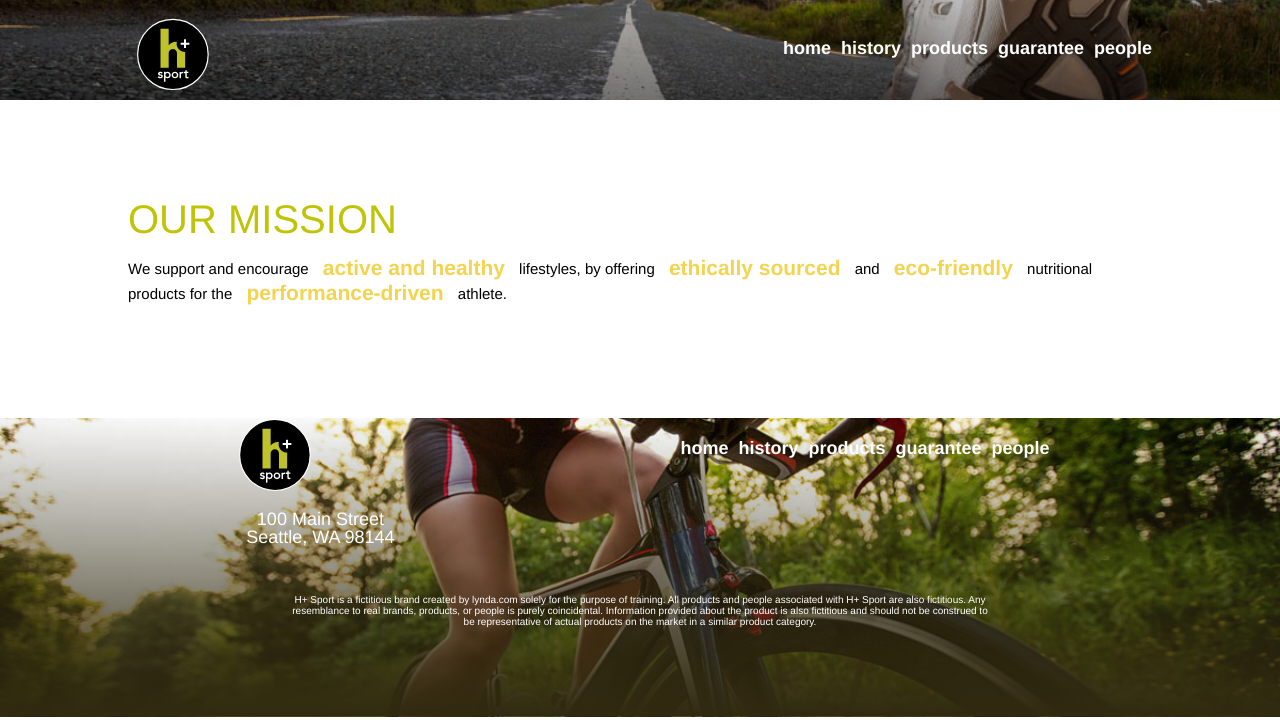
Repository: abrarzahin/H-Plus-Sports
Page: JSFapp/WebContent/add.html
The author's editor kept a copy of each file at every save. The page is drawn from the files as they stood at one save, then again after the next save.
The browser window is 1280 px wide. The pictures show the whole page.
Some web fonts or font styles are not loaded; a fallback is used.

Above is the page before, as saved 2019-01-07 00:21:36.

### JSFapp/WebContent/add.html
<!DOCTYPE html>

<html xmlns="http://www.w3.org/1999/xhtml"
	xmlns:ui="http://xmlns.jcp.org/jsf/facelets"
	xmlns:h="http://xmlns.jcp.org/jsf/html"
	xmlns:f="http://xmlns.jcp.org/jsf/core">

<head>
  <meta charset="UTF-8">
  <title>H+ Sport</title>
  <link rel="stylesheet" href="css/dashboard.css">
  <meta name="viewport" content="width=device-width, initial-scale=1.0">
</head>
<body>

<header id="dashboard" class="header">
  <nav class="nav" role="navigation">
    <div class="container nav-elements">
      <div class="branding">
        <a href="#home"><img src="images/hpluslogo.svg" alt="Logo - H Plus Sports"></a>
      </div><!-- branding -->
      <ul class="navbar">
        <li><a href="#home">home</a></li>
        <li><a href="#history">history</a></li>
        <li><a href="#products">products</a></li>
        <li><a href="#guarantee">guarantee</a></li>
        <li><a href="#people">people</a></li>
      </ul><!-- navbar -->
    </div><!-- container nav-elements -->
  </nav>
 </header>
 <section id="members" class= "section">
  <div class="container tagline">
    <h1 class="headline">Our Mission</h1>
    <p>We support and encourage <em>active and healthy</em> lifestyles, by offering <em>ethically sourced</em> and <em>eco-friendly</em> nutritional products for the <em>performance-driven</em> athlete.</p>
  </div><!-- container tagline -->
</section>

<footer class="footer">
  <header class="imageheader"></header>
  <div class="container">
  <nav class="nav" role="navigation">
    <div class="container nav-elements">
      <div class="branding">
        <a href="#home"><img src="images/hpluslogo.svg" alt="Logo - H Plus Sports"></a>
        <p class="address">100 Main Street<br>
        Seattle, WA 98144
      </p>
      </div>
      <ul class="navbar">
        <li><a href="#home">home</a></li>
        <li><a href="#history">history</a></li>
        <li><a href="#products">products</a></li>
        <li><a href="#guarantee">guarantee</a></li>
        <li><a href="#people">people</a></li>
      </ul>
    </div>
  </nav>
  <p class="legal">H+ Sport is a fictitious brand created by lynda.com solely for the purpose of training. All products and people associated with H+ Sport are also fictitious. Any resemblance to real brands, products, or people is purely coincidental. Information provided about the product is also fictitious and should not be construed to be representative of actual products on the market in a similar product category.</p>
</div><!-- container -->
</footer><!-- footer -->


</html>

### JSFapp/WebContent/css/dashboard.css
@import url(https://fonts.googleapis.com/css?family=Raleway:300,600,700)
	;

html {
	font-size: 62.5%;
	box-sizing: border-box
}

*, :after, :before {
	box-sizing: inherit
}

body {
	margin: 0;
	padding: 0;
	color: #000;
	background-color: #fff;
	font-family: Raleway, Helvetica, Arial, sans-serif;
	font-size: 1.8rem;
	line-height: 160%;
	font-weight: 300
}

.container {
	width: 80%;
	max-width: 1200px;
	margin: 0px auto
}

.button {
	border: 1px solid #ccc;
	margin: 5px;
}

.button:hover {
	background-color: #bfc406;
}
table {
	border-collapse: collapse;
}

th {
	background-color: #bfc406;
}
td,th {
	padding: 10px;
	border: 1px solid #ccc;
	margin: 0px;
}

tr:hover {
	background: #eee;
}

p.description {
	height: 100px;
	overflow: auto;
	margin: 0;
}
h1, h2, h3, h4, h5, h6 {
	margin: 0;
	padding: 0;
	font-family: Raleway, Helvetica, Arial, sans-serif;
	color: #bfc406
}

img {
	display: block;
	max-width: 50%;
/*	border: 1px solid #ccc; */
}

img.stars {
	width: 100px;
	display: inline;
}

a {
	font-weight: 700;
	color: #d14348;
	text-decoration: none;
}

a:focus, a:hover {
	text-decoration: none;
	color: blue;
}

table.link td {
	padding: 0;
}

tfoot {
	text-align:center;
}

table a {
	display: block;
	padding: 10px;
}

input:focus {
	background: #c6e2ff;

}

em {
	font-weight: 700;
	font-size: 140%;
	color: #f3d350;
	font-style: normal
}

form label{
	display: block;
	margin-top: 5px;
}


.header {
	background: -webkit-linear-gradient(top, rgba(0, 0, 0, .2),
		rgba(0, 0, 0, .5)), url(../images/backgrounds/running.jpg);
	background: linear-gradient(180deg, rgba(0, 0, 0, .2), rgba(0, 0, 0, .5)),
		url(../images/backgrounds/running.jpg);
	background-repeat: no-repeat;
	background-position: center center;
	background-size: cover;
	height: 100vh;
	max-height: 100px;
	display: -webkit-box;
	display: -webkit-flex;
	display: -ms-flexbox;
	display: flex;
	-webkit-box-orient: vertical;
	-webkit-box-direction: normal;
	-webkit-flex-direction: column;
	-ms-flex-direction: column;
	flex-direction: column;
	-webkit-box-pack: justify;
	-webkit-justify-content: space-between;
	-ms-flex-pack: justify;
	justify-content: space-between;
	text-align: center
}

.header .tagline {
	display: block;
}

@media screen and (min-width:600px) {
	.header {
		background: -webkit-linear-gradient(top, rgba(0, 0, 0, .2),
			rgba(0, 0, 0, .5)), url(../images/backgrounds/running.jpg);
		background: linear-gradient(180deg, rgba(0, 0, 0, .2), rgba(0, 0, 0, .5)),
			url(../images/backgrounds/running.jpg);
		background-repeat: no-repeat;
		background-position: center center;
		background-size: cover;
		height: 100vh;
		max-height: 100px
	}
}

@media screen and (min-width:600px) {
	.header .tagline {
		display: block;
		color: #fff;
		max-width: 40em;
		line-height: 140%;
		font-size: 2.5rem
	}
/*
	.header .tagline h1 {
		display: none
	}
	*/

	.header .tagline em {
		font-size: 140%;
		color: #f3d350;
		font-style: normal
	}
}

.nav {
	margin-top: 1.75rem /* navelements */
}

.nav .nav-elements { /* navbar */

}

.nav .nav-elements .branding {
	max-width: 180px;
	margin: 0 auto
}

.nav .nav-elements .navbar {
	margin: 0;
	padding: 0;
	line-height: 120%;
	list-style-type: none;
	margin-top: 2rem;
	width: 100%
}

.nav .nav-elements .navbar a {
	font-weight: 600;
	color: #fff;
	text-decoration: none;
	padding: 0 1rem;
	-webkit-transition: 1s ease-out;
	transition: 1s ease-out
}

.nav .nav-elements .navbar a:after {
	content: '';
	display: block;
	height: 5px;
	width: 0;
	margin: 0 .5rem;
	-webkit-transition: width .3s ease-out, background-color .3s ease-out;
	transition: width .3s ease-out, background-color .3s ease-out
}

.nav .nav-elements .navbar a:hover {
	color: #f3d350
}

.nav .nav-elements .navbar a:hover:after {
	width: 100%;
	background: #f3d350
}

@media screen and (min-width:600px) {
	.nav .nav-elements {
		display: -webkit-box;
		display: -webkit-flex;
		display: -ms-flexbox;
		display: flex
	}
}

@media screen and (min-width:600px) {
	.nav .nav-elements .branding {
		width: 30%;
		margin: 0
	}
}

@media screen and (min-width:600px) {
	.nav .nav-elements .navbar {
		display: -webkit-box;
		display: -webkit-flex;
		display: -ms-flexbox;
		display: flex;
		-webkit-box-pack: end;
		-webkit-justify-content: flex-end;
		-ms-flex-pack: end;
		justify-content: flex-end;
		-webkit-align-content: flex-start;
		-ms-flex-line-pack: start;
		align-content: flex-start;
		-webkit-flex-wrap: wrap;
		-ms-flex-wrap: wrap;
		flex-wrap: wrap
	}
}
/* nav */
.footer {
	background-color: #312a10;
	color: #fff;
	padding: 0 0 5em;
	line-height: 100%;
	text-align: center;
	display: -webkit-box;
	display: -webkit-flex;
	display: -ms-flexbox;
	display: flex;
	-webkit-box-align: end;
	-webkit-align-items: flex-end;
	-ms-flex-align: end;
	align-items: flex-end;
	background: -webkit-linear-gradient(top, transparent, #312a10),
		url(../images/backgrounds/cycling.jpg);
	background: linear-gradient(180deg, transparent, #312a10),
		url(../images/backgrounds/cycling.jpg);
	background-repeat: no-repeat;
	background-position: center center;
	background-size: cover;
	max-height: 800px;
	margin-top: 30px;
}

.footer .nav {
	margin-top: 0
}

.footer .legal {
	max-width: 700px;
	margin: 0 auto;
	font-size: 1rem;
	line-height: 110%;
	margin-top: 3rem
}

.section {
	min-height: 40vh;
	display: -webkit-box;
	display: -webkit-flex;
	display: -ms-flexbox;
	display: flex;
	-webkit-box-orient: vertical;
	-webkit-box-direction: normal;
	-webkit-flex-direction: column;
	-ms-flex-direction: column;
	flex-direction: column;
	-webkit-box-pack: center;
	-webkit-justify-content: center;
	-ms-flex-pack: center;
	justify-content: center;
	line-height: 160%
}

.section .headline {
	text-transform: uppercase;
	font-weight: 300;
	font-size: 4rem;
	margin-top: 3rem;
	line-height: 110%
}

.section a, .section em {
	font-size: 140%;
	vertical-align: -6%;
	padding: 10px;
}

@media screen and (min-width:600px) {
	.section {
		font-size: 1.5rem
	}
}

#history {
	background-color: #f3d350
}

#history .headline {
	color: #d14348
}

#history em {
	color: #e69f2a
}

@media screen and (min-width:1200px) {
	#history {
		background-image: url(../images/employees/HenryTwill_outline.png);
		background-repeat: no-repeat;
		background-position: bottom right;
		background-size: 30% auto;
		min-height: 100vh
	}
	#history .text-content {
		width: 70%
	}
}


@
-webkit-keyframes a { 0%{
	-webkit-transform: translate3d(0, 100%, 0);
	transform: translate3d(0, 100%, 0);
	visibility: visible
}

to {
	-webkit-transform: translateZ(0);
	transform: translateZ(0)
}

}
@
keyframes a { 0%{
	-webkit-transform: translate3d(0, 100%, 0);
	transform: translate3d(0, 100%, 0);
	visibility: visible
}

to {
	-webkit-transform: translateZ(0);
	transform: translateZ(0)
}

}

After the next save:
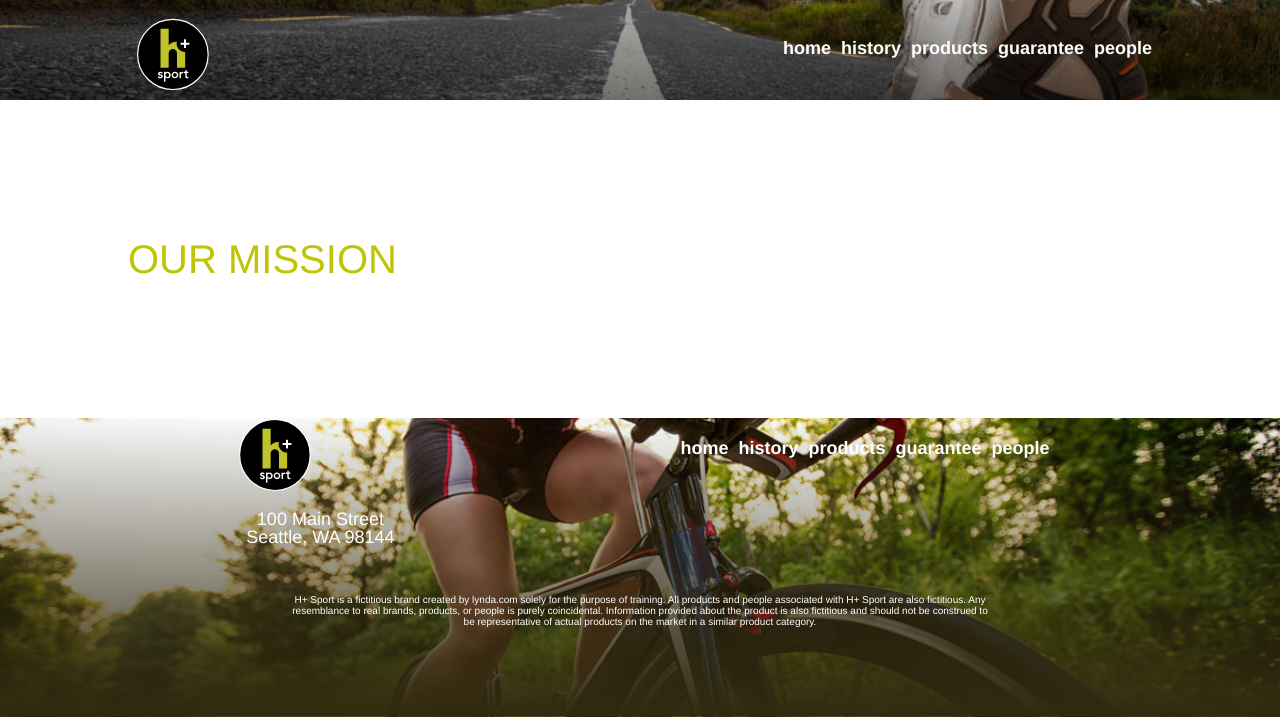
Saved 36 s later.
--- a/JSFapp/WebContent/add.html
+++ b/JSFapp/WebContent/add.html
@@ -32,7 +32,6 @@
  <section id="members" class= "section">
   <div class="container tagline">
     <h1 class="headline">Our Mission</h1>
-    <p>We support and encourage <em>active and healthy</em> lifestyles, by offering <em>ethically sourced</em> and <em>eco-friendly</em> nutritional products for the <em>performance-driven</em> athlete.</p>
   </div><!-- container tagline -->
 </section>
 
